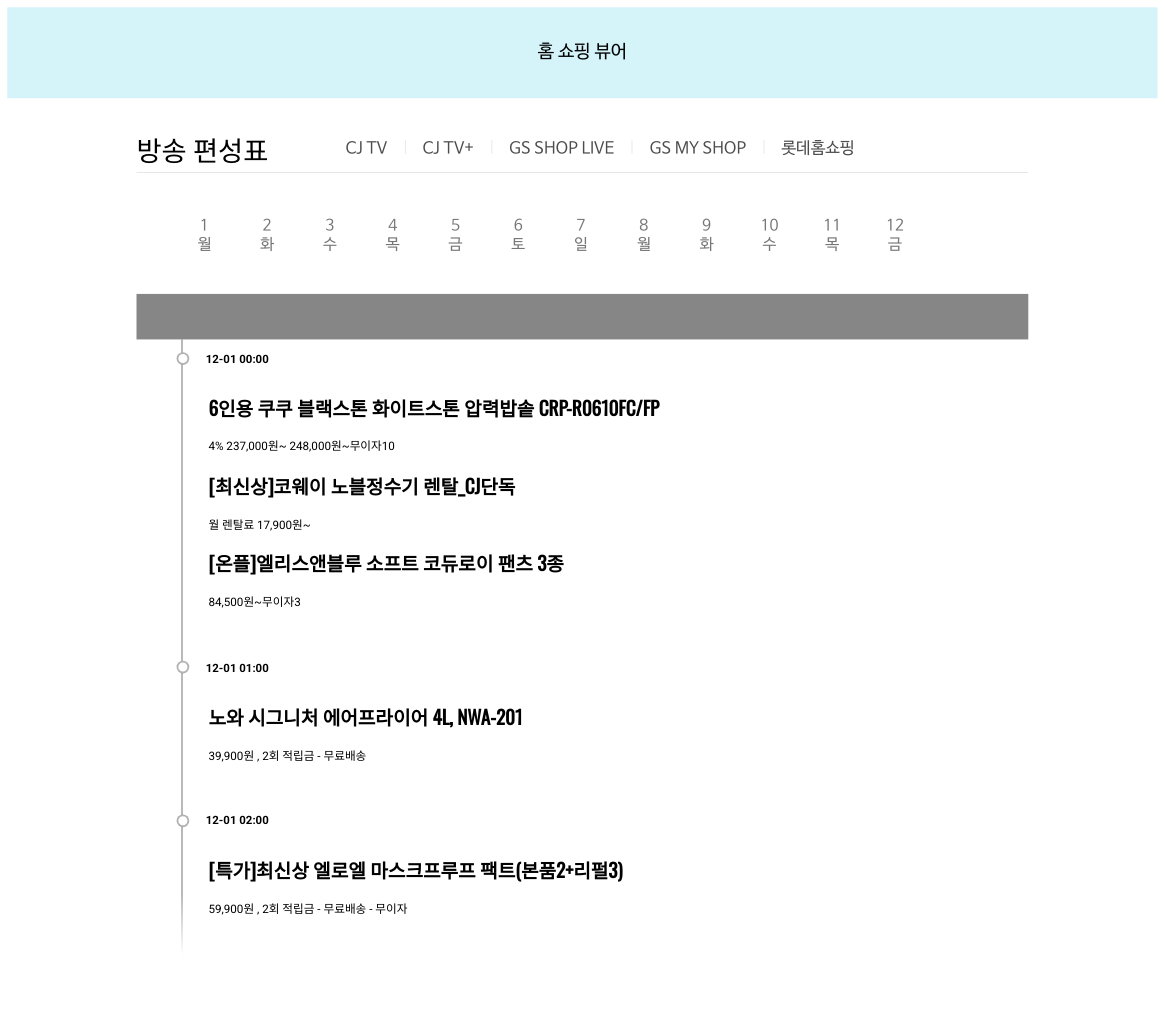
Repository: Kds010/HomeShopping
Page: http://localhost/index
An editor plug-in stored every save of this project. The page is shown before and after the next save, followed by the edit.
The browser window is 1280 px wide. The pictures show the whole page, at 91% of full size.
The page is this project's Thymeleaf template; nobody is signed in. The template is opened directly, without the code that normally fills it, so the values that code supplies are empty.

Above is the page before, as saved 2021-12-18 10:23:24.

After the next save:
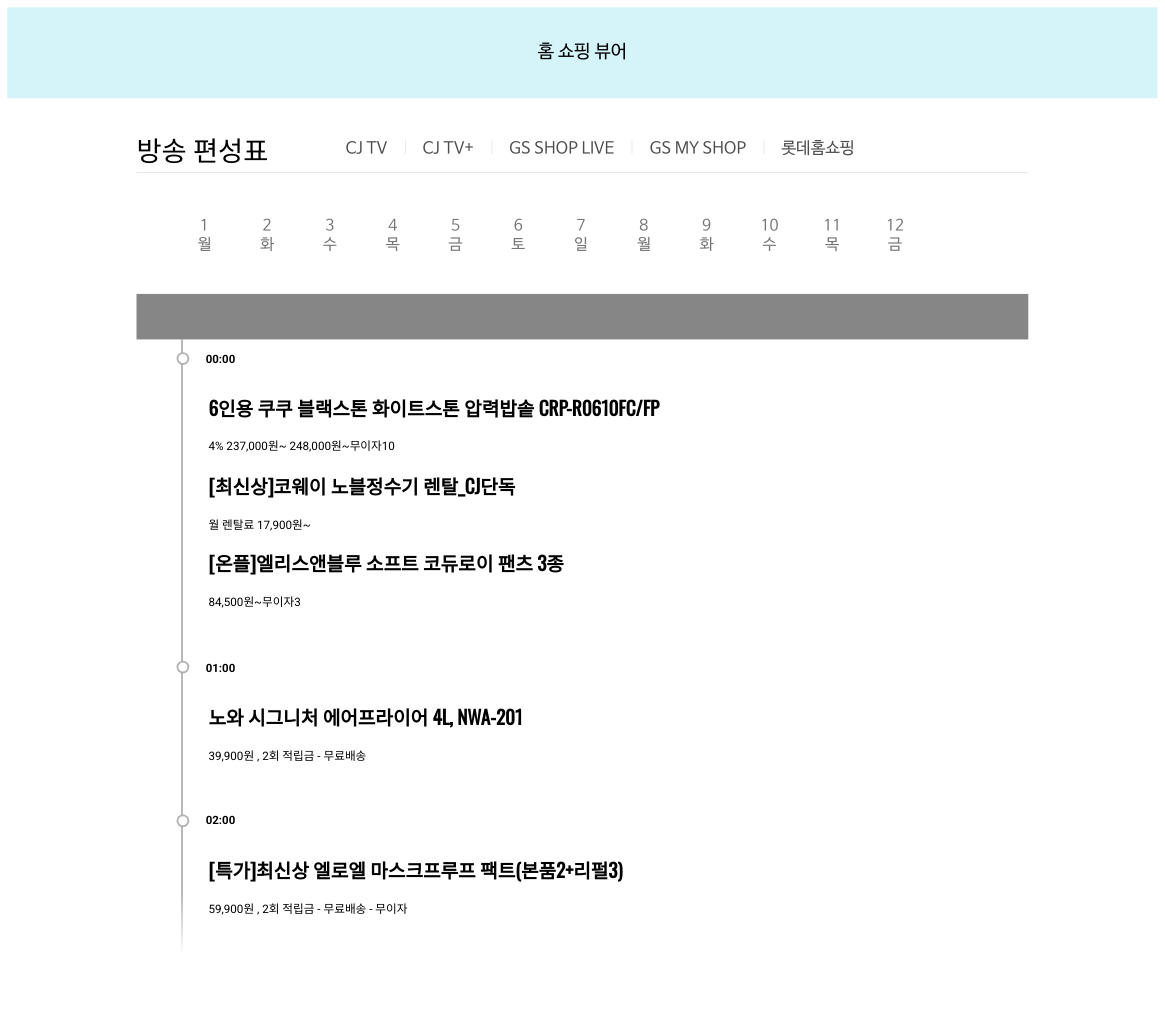
Saved 2 min 21 s later.
--- a/homeshopping/src/main/resources/templates/index.html
+++ b/homeshopping/src/main/resources/templates/index.html
@@ -80,7 +80,7 @@
 
 			<div class="cont-list">
 
-				<div class="timeline-item" date-is='12-01 00:00'>
+				<div class="timeline-item" date-is='00:00'>
 					<h2>6인용 쿠쿠 블랙스톤 화이트스톤 압력밥솥 CRP-R0610FC/FP</h2>
 					<p>
 						4% 237,000원~ 248,000원~무이자10
@@ -95,14 +95,14 @@
 					</p>
 				</div>
 
-				<div class="timeline-item" date-is='12-01 01:00'>
+				<div class="timeline-item" date-is='01:00'>
 					<h2>노와 시그니처 에어프라이어 4L, NWA-201</h2>
 					<p>
 						39,900원 , 2회 적립금 - 무료배송
 					</p>
 				</div>
 
-				<div class="timeline-item" date-is='12-01 02:00'>
+				<div class="timeline-item" date-is='02:00'>
 					<h2>[특가]최신상 엘로엘 마스크프루프 팩트(본품2+리펄3)</h2>
 					<p>
 						59,900원 , 2회 적립금 - 무료배송 - 무이자
